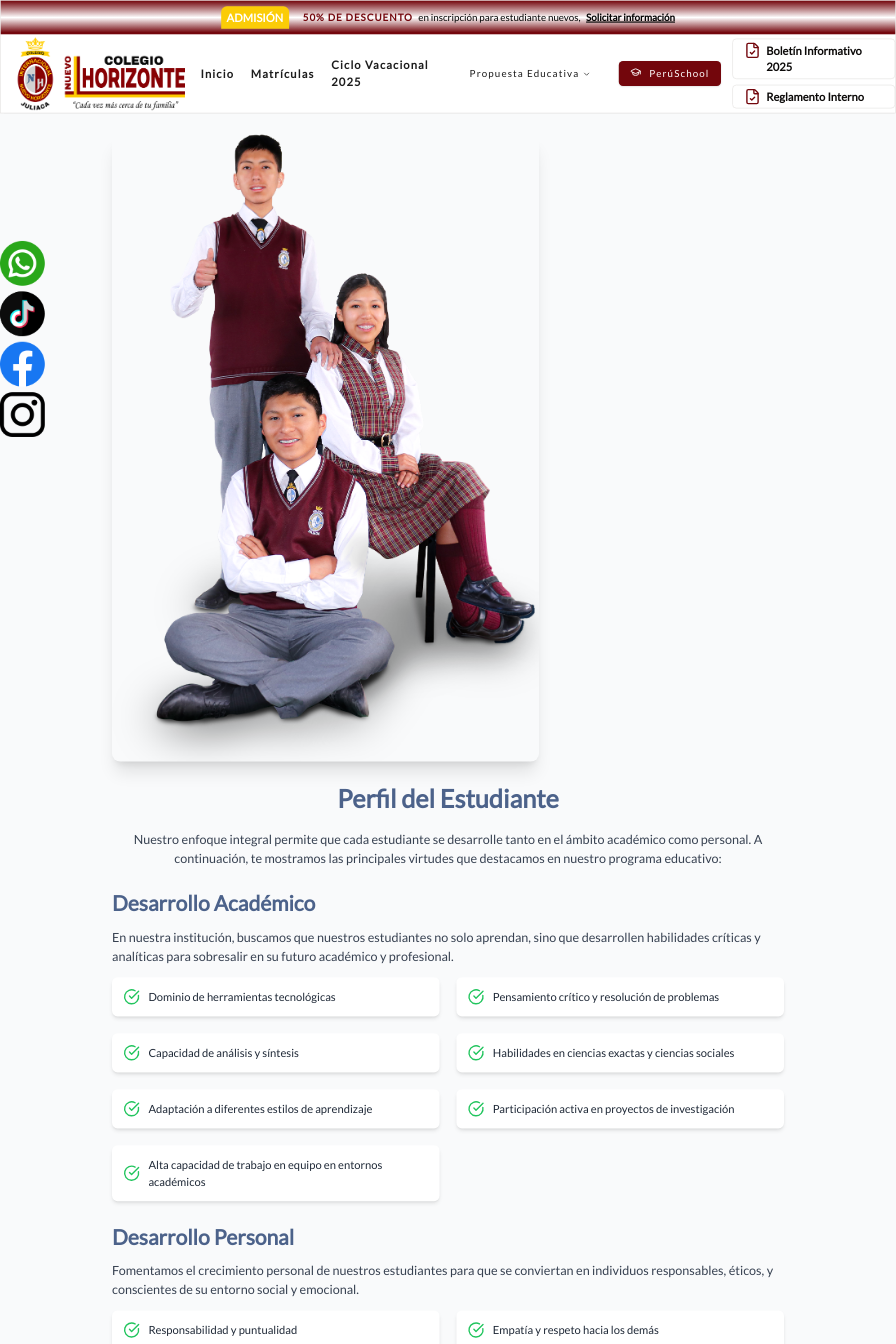
Repository: jefrydep/new_horizont_school
Page: /student
An editor plug-in stored every save of this project. The page is shown before and after the next save, followed by the edit.
The browser window is 1280 px wide. The pictures show the part of the page from y = 0 to 1920 px (the page is 2669 px tall before and 2621 px after), at 70% of full size.
The project was rebuilt for these pictures with package versions that can differ from the ones it lists, and the page was loaded fresh each time. The framework's server and built-in components were replaced by stand-ins that run in the browser. Also part of the build but not shown: next.config.ts.

Above is the page before, as saved 2024-12-09 21:57:26.

### src/app/layout.tsx
import type { Metadata } from "next";
import "./globals.css";
import Navbar from "@/components/Navbar";
import Footer from "@/components/Footer";


import { Lato } from 'next/font/google'

const lato = Lato({
  weight: '400',
  subsets: ['latin'],
  display: 'swap',
})

export const metadata: Metadata = {
  title: "COLEGIO INTERNACIONAL NUEVO HORIZONTE - JULIACA",
  description: "el mejor colegio de JULIACA,Colegio internacional nuevo horizonte",
};

export default function RootLayout({
  children,
}: Readonly<{
  children: React.ReactNode;
}>) {
  return (
    <html lang="es">

      <body
        className={` ${lato.className} antialiased `}
      >

        <div className="">
          <Navbar />
        </div>
        <main className="   ">

          {children}
          <div className="flex flex-col fixed  bottom-2     z-50   sm:top-1/2  gap-2">
            <a href="https://wa.me/+51999070701?text=Me%20gustar%C3%ADa%20recibir%20m%C3%A1s%20informaci%C3%B3n%20sobre%20el%20proceso%20de%20matr%C3%ADcula,%20requisitos%20y%20fechas%20importantes.%20Agradecer%C3%ADa%20su%20orientaci%C3%B3n%20para%20poder%20completar%20mi%20inscripci%C3%B3n%20de%20manera%20adecuada.%0A%0AQuedo%20atento%20a%20su%20respuesta.%0A%0ASaludos%20cordiales,%0A" target="_blank">
              {/* Solicitar información */}
              <img src="/whatsapp.png" alt="" className=" animate-bounce h-11  sm:h-16" />
            </a>

            <a href="https://www.tiktok.com/@colegionuevohorizonte" target="_blank">
              {/* Solicitar información */}
              <img src="/tik-tok.png" alt="" className=" animate-bounce h-11  sm:h-16 " />
            </a>
            <a href="https://www.facebook.com/internuevohorizonte  " target="_blank">
              {/* Solicitar información */}
              <img src="/facebook.png" alt="" className=" animate-bounce h-11  sm:h-16 " />
            </a>
            <a href="https://www.instagram.com/colegionuevohorizontejuliaca" target="_blank">
              {/* Solicitar información */}
              <img src="/instagram.png" alt="" className=" animate-bounce h-11  sm:h-16" />
            </a>
          </div>
        </main>
        <Footer />
      </body>
    </html>
  );
}

### src/app/student/page.tsx
import StudentProfile from '@/components/StudentProfile'
import React from 'react'

export default function EstudenPage() {
  return (
    <div>
        <StudentProfile/>
    </div>
  )
}

### src/app/globals.css
@tailwind base;
@tailwind components;
@tailwind utilities;

body {
  font-family: Arial, Helvetica, sans-serif;
}

@layer base {
  :root {
    --background: 0 0% 100%;
    --foreground: 20 14.3% 4.1%;
    --card: 0 0% 100%;
    --card-foreground: 20 14.3% 4.1%;
    --popover: 0 0% 100%;
    --popover-foreground: 20 14.3% 4.1%;
    --primary: 24 9.8% 10%;
    --primary-foreground: 60 9.1% 97.8%;
    --secondary: 60 4.8% 95.9%;
    --secondary-foreground: 24 9.8% 10%;
    --muted: 60 4.8% 95.9%;
    --muted-foreground: 25 5.3% 44.7%;
    --accent: 60 4.8% 95.9%;
    --accent-foreground: 24 9.8% 10%;
    --destructive: 0 84.2% 60.2%;
    --destructive-foreground: 60 9.1% 97.8%;
    --border: 20 5.9% 90%;
    --input: 20 5.9% 90%;
    --ring: 20 14.3% 4.1%;
    --chart-1: 12 76% 61%;
    --chart-2: 173 58% 39%;
    --chart-3: 197 37% 24%;
    --chart-4: 43 74% 66%;
    --chart-5: 27 87% 67%;
    --radius: 0.5rem;
  }
  .dark {
    --background: 20 14.3% 4.1%;
    --foreground: 60 9.1% 97.8%;
    --card: 20 14.3% 4.1%;
    --card-foreground: 60 9.1% 97.8%;
    --popover: 20 14.3% 4.1%;
    --popover-foreground: 60 9.1% 97.8%;
    --primary: 60 9.1% 97.8%;
    --primary-foreground: 24 9.8% 10%;
    --secondary: 12 6.5% 15.1%;
    --secondary-foreground: 60 9.1% 97.8%;
    --muted: 12 6.5% 15.1%;
    --muted-foreground: 24 5.4% 63.9%;
    --accent: 12 6.5% 15.1%;
    --accent-foreground: 60 9.1% 97.8%;
    --destructive: 0 62.8% 30.6%;
    --destructive-foreground: 60 9.1% 97.8%;
    --border: 12 6.5% 15.1%;
    --input: 12 6.5% 15.1%;
    --ring: 24 5.7% 82.9%;
    --chart-1: 220 70% 50%;
    --chart-2: 160 60% 45%;
    --chart-3: 30 80% 55%;
    --chart-4: 280 65% 60%;
    --chart-5: 340 75% 55%;
  }
}

@layer base {
  * {
    @apply border-border;
  }
  body {
    @apply bg-background text-foreground;
  }
}
@keyframes slideDown {
  0% {
    transform: translateY(-20px);
    opacity: 0;
  }
  100% {
    transform: translateY(0);
    opacity: 1;
  }
}

.animate-slide-down {
  animation: slideDown 1s ease-out forwards;
}

/* Animación con retraso para un efecto de secuencia */
.animate-slide-down-delay-1 {
  animation: slideDown 1s ease-out forwards;
  animation-delay: 0.3s; /* Retraso para el primer texto */
}

.animate-slide-down-delay-2 {
  animation: slideDown 1s ease-out forwards;
  animation-delay: 0.6s; /* Retraso para el segundo texto */
}

### src/components/Footer.tsx

export default function Footer() {
    return (
        <div className=" bg-title rounded-t-lg pb-2 ">
            <footer className="container m-auto ">

                <div className="grid p-4 sm:p-5  sm:grid-cols-3 gap-5">
                    <div className="text-subtitle flex justify-center sm:block bg-white rounded-xl font-bold">


                        <img src="/LOGO.png" alt="Logo nuevo horizonte" className="   " />

                    </div>
                    <div>
                        <span className="text-white font-bold tracking-widest">

                            Educación basada en  PROYECTOS
                        </span>
                        <hr />
                        <div>
                            <p className="text-justify mt-5 text-subtitle">
                                El talento y la inteligencia de nuestros alumnos y la alta preparación de nuestros profesores nos han hecho merecedores de los primeros lugares en premios de talla local, nacional. Ahora vamos por más...
                            </p>
                        </div>
                        <div>
                            <div className="text-white font-bold tracking-widest">


                                Ruc :
                            </div>
                            <div>
                                <span className="text-subtitle">20601184622</span>

                            </div>
                            <div className="text-white font-bold tracking-widest">


                                Ubicanos en :
                            </div>
                            <div>
                                <span className="text-subtitle">Jr. San Salvador N° 873</span>

                            </div>
                            <div className="text-white font-bold tracking-widest">


                                Teléfono :
                            </div>
                            <div className="text-subtitle">
                                <span>051-358250</span>

                            </div>
                            <div className="text-white font-bold tracking-widest">


                                WhatsApp :
                            </div>
                            <div className="text-subtitle">
                                <span>999070701</span>

                            </div>
                            <div className="text-white font-bold tracking-widest">


                                Correo :
                            </div>
                            <div className="text-subtitle">
                                <span> colegionuevohorizontejuliaca@gmail.com</span>

                            </div>

                        </div>
                    </div>

                    <div>
                        <h6 className="text-subtitle font-bold">HORARIO DE ATENCIÓN</h6>
                        <div>
                            <span className="text-white mr-3 font-bold tracking-widest">

                                OFICINAS:
                            </span>
                            <span className="text-subtitle">
                                Lun – Vier         08:30am – 05:00pm
                            </span>
                        </div>

                    </div>
                </div>
                <div className="text-center text-gray-100 text-xs mt-4" >
                    <span className="">
                        © 2025 Todos los derechos reservados. Design by jefrysoftdev@gmail.com
                    </span>
                </div>
            </footer>
        </div>
    )
}

### src/components/StudentProfile.tsx
import { CheckCircle } from "lucide-react";

const StudentProfile = () => {
  // Virtudes académicas
  const academicVirtues = [
    "Dominio de herramientas tecnológicas",
    "Pensamiento crítico y resolución de problemas",
    "Capacidad de análisis y síntesis",
    "Habilidades en ciencias exactas y ciencias sociales",
    "Adaptación a diferentes estilos de aprendizaje",
    "Participación activa en proyectos de investigación",
    "Alta capacidad de trabajo en equipo en entornos académicos",
  ];

  // Virtudes personales
  const personalVirtues = [
    "Responsabilidad y puntualidad",
    "Empatía y respeto hacia los demás",
    "Habilidades de liderazgo y colaboración",
    "Desarrollo emocional y manejo de estrés",
    "Creatividad e innovación en proyectos personales",
    "Compromiso con el bienestar social y ecológico",
    "Desarrollo de habilidades comunicativas",
    "Ética y valores en el día a día",
  ];

  return (
    <div className="bg-gray-50 py-10 pt-48">
      <div className="container mx-auto px-4 sm:px-8 max-w-5xl">
        {/* Imagen destacada */}
        <div className="mb-8 text-center">
          <img
            src="/SECUNDARIA.png" // Cambia esta ruta por la imagen destacada que desees usar
            alt="Perfil Estudiantil"
            className=" h-auto sm:h-[56rem] rounded-xl shadow-xl"
          />
        </div>

        {/* Título */}
        <h2 className="text-4xl font-bold text-center text-primary mb-6">
          Perfil del Estudiante
        </h2>

        {/* Introducción */}
        <p className="text-lg text-gray-700 text-center mb-8">
          Nuestro enfoque integral permite que cada estudiante se desarrolle tanto en el ámbito académico como personal. A continuación, te mostramos las principales virtudes que destacamos en nuestro programa educativo:
        </p>

        {/* Sección de virtudes académicas */}
        <div className="mb-8">
          <h3 className="text-3xl font-semibold text-primary mb-4">Desarrollo Académico</h3>
          <p className="text-lg text-gray-700 mb-4">
            En nuestra institución, buscamos que nuestros estudiantes no solo aprendan, sino que desarrollen habilidades críticas y analíticas para sobresalir en su futuro académico y profesional.
          </p>

          <div className="grid grid-cols-1 sm:grid-cols-2 gap-6">
            {academicVirtues.map((virtue, index) => (
              <div
                key={index}
                className="flex items-center bg-white shadow-md rounded-lg p-4"
              >
                <CheckCircle className="text-green-500 w-6 h-6 flex-shrink-0" />
                <p className="ml-3 text-gray-800">{virtue}</p>
              </div>
            ))}
          </div>
        </div>

        {/* Sección de virtudes personales */}
        <div>
          <h3 className="text-3xl font-semibold text-primary mb-4">Desarrollo Personal</h3>
          <p className="text-lg text-gray-700 mb-4">
            Fomentamos el crecimiento personal de nuestros estudiantes para que se conviertan en individuos responsables, éticos, y conscientes de su entorno social y emocional.
          </p>

          <div className="grid grid-cols-1 sm:grid-cols-2 gap-6">
            {personalVirtues.map((virtue, index) => (
              <div
                key={index}
                className="flex items-center bg-white shadow-md rounded-lg p-4"
              >
                <CheckCircle className="text-green-500 w-6 h-6 flex-shrink-0" />
                <p className="ml-3 text-gray-800">{virtue}</p>
              </div>
            ))}
          </div>
        </div>
      </div>
    </div>
  );
};

export default StudentProfile;

### src/components/ui/button.tsx
import * as React from "react"
import { Slot } from "@radix-ui/react-slot"
import { cva, type VariantProps } from "class-variance-authority"

import { cn } from "@/lib/utils"

const buttonVariants = cva(
  "inline-flex items-center justify-center gap-2 whitespace-nowrap rounded-md text-sm font-medium transition-colors focus-visible:outline-none focus-visible:ring-1 focus-visible:ring-ring disabled:pointer-events-none disabled:opacity-50 [&_svg]:pointer-events-none [&_svg]:size-4 [&_svg]:shrink-0",
  {
    variants: {
      variant: {
        default:
          "bg-primary text-primary-foreground shadow hover:bg-primary/90",
        destructive:
          "bg-destructive text-destructive-foreground shadow-sm hover:bg-destructive/90",
        outline:
          "border border-input bg-background shadow-sm hover:bg-accent hover:text-accent-foreground",
        secondary:
          "bg-secondary text-secondary-foreground shadow-sm hover:bg-secondary/80",
        ghost: "hover:bg-accent hover:text-accent-foreground",
        link: "text-primary underline-offset-4 hover:underline",
      },
      size: {
        default: "h-9 px-4 py-2",
        sm: "h-8 rounded-md px-3 text-xs",
        lg: "h-10 rounded-md px-8",
        icon: "h-9 w-9",
      },
    },
    defaultVariants: {
      variant: "default",
      size: "default",
    },
  }
)

export interface ButtonProps
  extends React.ButtonHTMLAttributes<HTMLButtonElement>,
    VariantProps<typeof buttonVariants> {
  asChild?: boolean
}

const Button = React.forwardRef<HTMLButtonElement, ButtonProps>(
  ({ className, variant, size, asChild = false, ...props }, ref) => {
    const Comp = asChild ? Slot : "button"
    return (
      <Comp
        className={cn(buttonVariants({ variant, size, className }))}
        ref={ref}
        {...props}
      />
    )
  }
)
Button.displayName = "Button"

export { Button, buttonVariants }

### src/components/ui/sheet.tsx
"use client"

import * as React from "react"
import * as SheetPrimitive from "@radix-ui/react-dialog"
import { cva, type VariantProps } from "class-variance-authority"
import { X } from "lucide-react"

import { cn } from "@/lib/utils"

const Sheet = SheetPrimitive.Root

const SheetTrigger = SheetPrimitive.Trigger

const SheetClose = SheetPrimitive.Close

const SheetPortal = SheetPrimitive.Portal

const SheetOverlay = React.forwardRef<
  React.ElementRef<typeof SheetPrimitive.Overlay>,
  React.ComponentPropsWithoutRef<typeof SheetPrimitive.Overlay>
>(({ className, ...props }, ref) => (
  <SheetPrimitive.Overlay
    className={cn(
      "fixed inset-0 z-50 bg-black/80  data-[state=open]:animate-in data-[state=closed]:animate-out data-[state=closed]:fade-out-0 data-[state=open]:fade-in-0",
      className
    )}
    {...props}
    ref={ref}
  />
))
SheetOverlay.displayName = SheetPrimitive.Overlay.displayName

const sheetVariants = cva(
  "fixed z-50 gap-4 bg-background p-6 shadow-lg transition ease-in-out data-[state=closed]:duration-300 data-[state=open]:duration-500 data-[state=open]:animate-in data-[state=closed]:animate-out",
  {
    variants: {
      side: {
        top: "inset-x-0 top-0 border-b data-[state=closed]:slide-out-to-top data-[state=open]:slide-in-from-top",
        bottom:
          "inset-x-0 bottom-0 border-t data-[state=closed]:slide-out-to-bottom data-[state=open]:slide-in-from-bottom",
        left: "inset-y-0 left-0 h-full w-3/4 border-r data-[state=closed]:slide-out-to-left data-[state=open]:slide-in-from-left sm:max-w-sm",
        right:
          "inset-y-0 right-0 h-full w-3/4 border-l data-[state=closed]:slide-out-to-right data-[state=open]:slide-in-from-right sm:max-w-sm",
      },
    },
    defaultVariants: {
      side: "right",
    },
  }
)

interface SheetContentProps
  extends React.ComponentPropsWithoutRef<typeof SheetPrimitive.Content>,
    VariantProps<typeof sheetVariants> {}

const SheetContent = React.forwardRef<
  React.ElementRef<typeof SheetPrimitive.Content>,
  SheetContentProps
>(({ side = "right", className, children, ...props }, ref) => (
  <SheetPortal>
    <SheetOverlay />
    <SheetPrimitive.Content
      ref={ref}
      className={cn(sheetVariants({ side }), className)}
      {...props}
    >
      <SheetPrimitive.Close className="absolute right-4 top-4 rounded-sm opacity-70 ring-offset-background transition-opacity hover:opacity-100 focus:outline-none focus:ring-2 focus:ring-ring focus:ring-offset-2 disabled:pointer-events-none data-[state=open]:bg-secondary">
        <X className="h-4 w-4" />
        <span className="sr-only">Close</span>
      </SheetPrimitive.Close>
      {children}
    </SheetPrimitive.Content>
  </SheetPortal>
))
SheetContent.displayName = SheetPrimitive.Content.displayName

const SheetHeader = ({
  className,
  ...props
}: React.HTMLAttributes<HTMLDivElement>) => (
  <div
    className={cn(
      "flex flex-col space-y-2 text-center sm:text-left",
      className
    )}
    {...props}
  />
)
SheetHeader.displayName = "SheetHeader"

const SheetFooter = ({
  className,
  ...props
}: React.HTMLAttributes<HTMLDivElement>) => (
  <div
    className={cn(
      "flex flex-col-reverse sm:flex-row sm:justify-end sm:space-x-2",
      className
    )}
    {...props}
  />
)
SheetFooter.displayName = "SheetFooter"

const SheetTitle = React.forwardRef<
  React.ElementRef<typeof SheetPrimitive.Title>,
  React.ComponentPropsWithoutRef<typeof SheetPrimitive.Title>
>(({ className, ...props }, ref) => (
  <SheetPrimitive.Title
    ref={ref}
    className={cn("text-lg font-semibold text-foreground", className)}
    {...props}
  />
))
SheetTitle.displayName = SheetPrimitive.Title.displayName

const SheetDescription = React.forwardRef<
  React.ElementRef<typeof SheetPrimitive.Description>,
  React.ComponentPropsWithoutRef<typeof SheetPrimitive.Description>
>(({ className, ...props }, ref) => (
  <SheetPrimitive.Description
    ref={ref}
    className={cn("text-sm text-muted-foreground", className)}
    {...props}
  />
))
SheetDescription.displayName = SheetPrimitive.Description.displayName

export {
  Sheet,
  SheetPortal,
  SheetOverlay,
  SheetTrigger,
  SheetClose,
  SheetContent,
  SheetHeader,
  SheetFooter,
  SheetTitle,
  SheetDescription,
}

### tailwind.config.ts
import type { Config } from "tailwindcss";

export default {
	darkMode: ["class"],
	content: [
		"./src/pages/**/*.{js,ts,jsx,tsx,mdx}",
		"./src/components/**/*.{js,ts,jsx,tsx,mdx}",
		"./src/app/**/*.{js,ts,jsx,tsx,mdx}",
	],
	theme: {
    	extend: {
    		colors: {
    			background: 'hsl(var(--background))',
    			foreground: 'hsl(var(--foreground))',
    			card: {
    				DEFAULT: 'hsl(var(--card))',
    				foreground: 'hsl(var(--card-foreground))'
    			},
    			popover: {
    				DEFAULT: 'hsl(var(--popover))',
    				foreground: 'hsl(var(--popover-foreground))'
    			},
    			primary: {
    				DEFAULT: '#4c628a'
    			},
    			secondary: {
    				DEFAULT: '#1c1c1c'
    			},
    			backgroundGray: {
    				DEFAULT: '#d1d1d1'
    			},
				title:{
					DEFAULT:"#73060C"
				},
				subtitle:{
					DEFAULT:"#fbcc07"
				},
    			muted: {
    				DEFAULT: 'hsl(var(--muted))',
    				foreground: 'hsl(var(--muted-foreground))'
    			},
    			accent: {
    				DEFAULT: 'hsl(var(--accent))',
    				foreground: 'hsl(var(--accent-foreground))'
    			},
    			destructive: {
    				DEFAULT: 'hsl(var(--destructive))',
    				foreground: 'hsl(var(--destructive-foreground))'
    			},
    			border: 'hsl(var(--border))',
    			input: 'hsl(var(--input))',
    			ring: 'hsl(var(--ring))',
    			chart: {
    				'1': 'hsl(var(--chart-1))',
    				'2': 'hsl(var(--chart-2))',
    				'3': 'hsl(var(--chart-3))',
    				'4': 'hsl(var(--chart-4))',
    				'5': 'hsl(var(--chart-5))'
    			}
    		},
    		borderRadius: {
    			lg: 'var(--radius)',
    			md: 'calc(var(--radius) - 2px)',
    			sm: 'calc(var(--radius) - 4px)'
    		},
    		keyframes: {
    			'accordion-down': {
    				from: {
    					height: '0'
    				},
    				to: {
    					height: 'var(--radix-accordion-content-height)'
    				}
    			},
    			'accordion-up': {
    				from: {
    					height: 'var(--radix-accordion-content-height)'
    				},
    				to: {
    					height: '0'
    				}
    			}
    		},
    		animation: {
    			'accordion-down': 'accordion-down 0.2s ease-out',
    			'accordion-up': 'accordion-up 0.2s ease-out'
    		}
    	}
    },
	plugins: [require("tailwindcss-animate")],
} satisfies Config;

Loaded but not shown: src/lib/utils.ts (common file); src/components/Navbar.tsx (308 lines, source omitted); src/components/ui/navigation-menu.tsx (128 lines, source omitted)

After the next save:
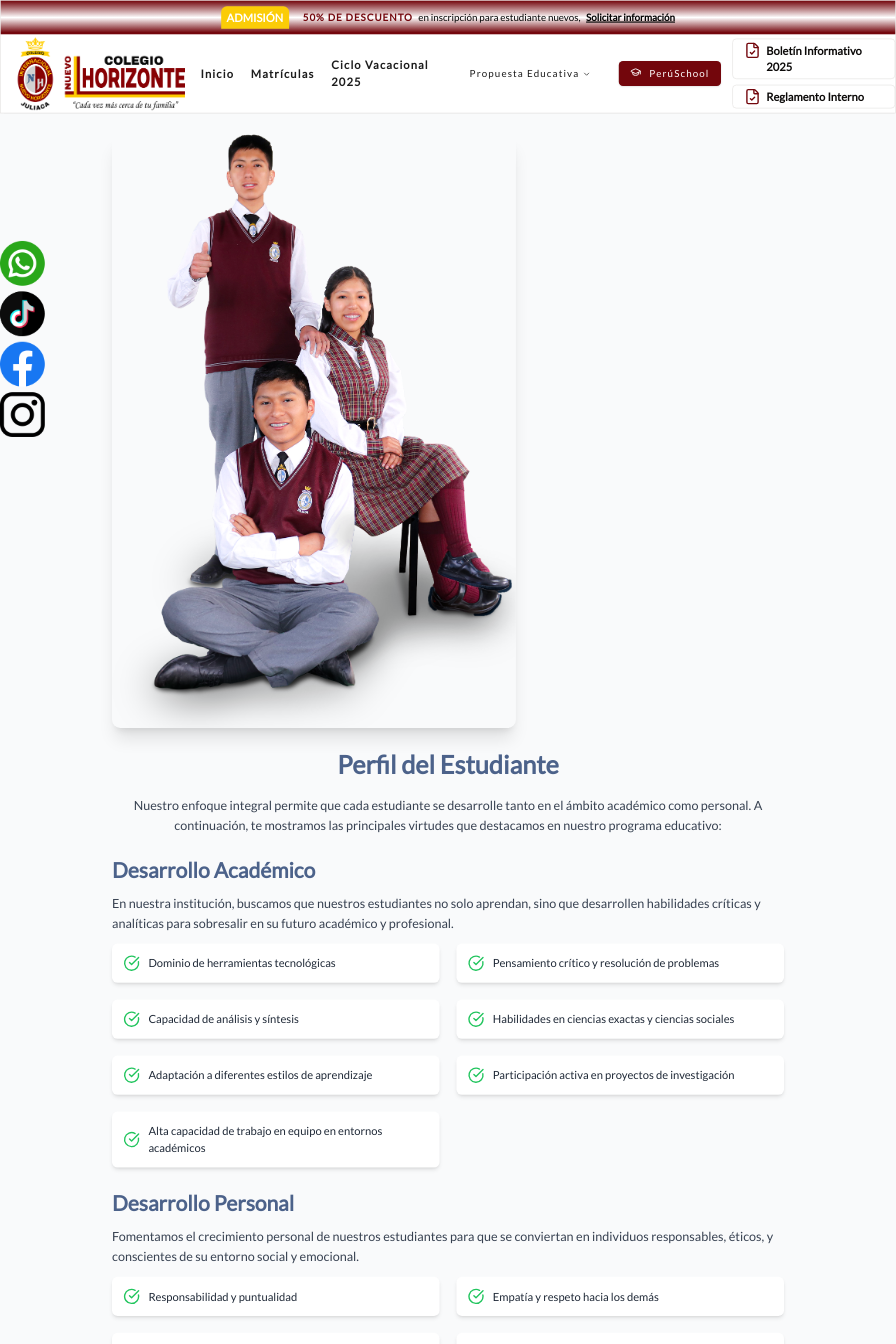
Saved 9 s later.
--- a/src/components/StudentProfile.tsx
+++ b/src/components/StudentProfile.tsx
@@ -32,7 +32,7 @@
           <img
             src="/SECUNDARIA.png" // Cambia esta ruta por la imagen destacada que desees usar
             alt="Perfil Estudiantil"
-            className=" h-auto sm:h-[56rem] rounded-xl shadow-xl"
+            className=" h-auto sm:h-[53rem] rounded-xl shadow-xl"
           />
         </div>
 
